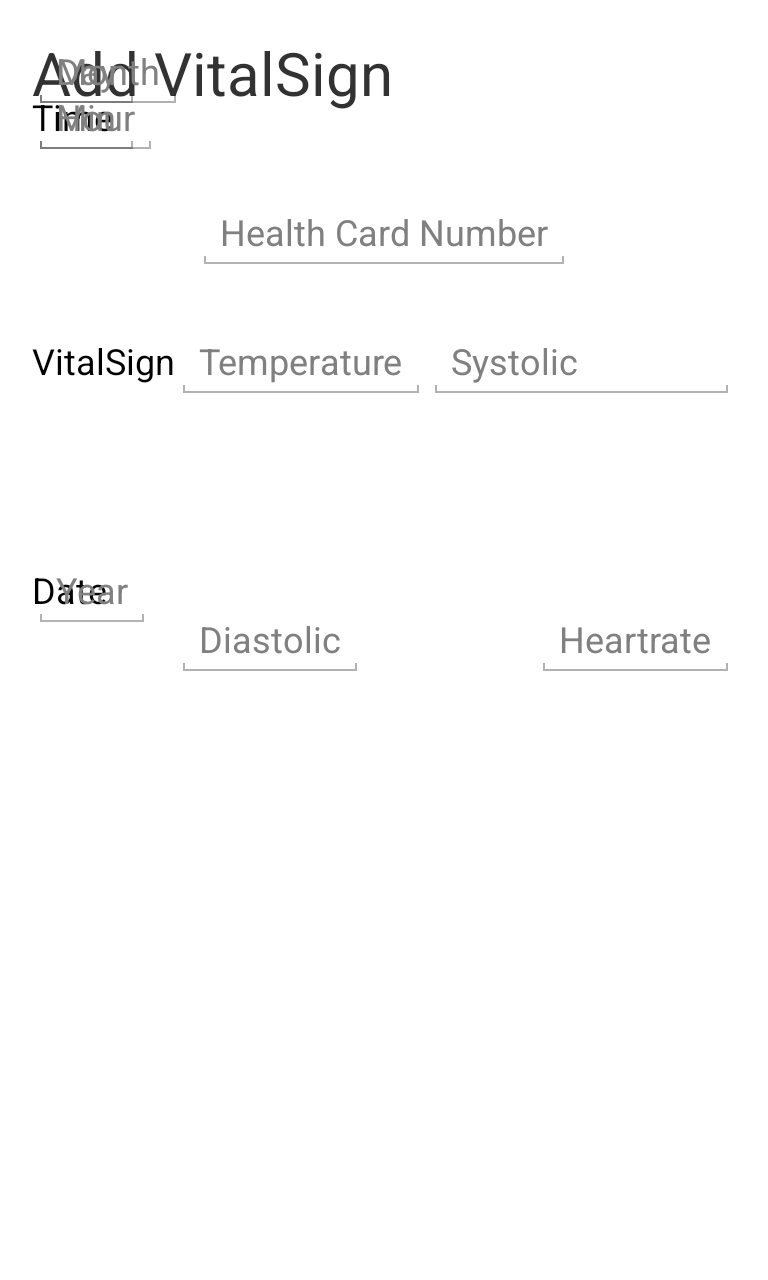
Repository: wangyuan0915/ER
Layout: workspace2/phase3/res/layout/activity_add_vital_sign.xml
The author's editor kept a copy of each file at every save. The layout is drawn from the files as they stood at one save, then again after the next save.
It is drawn on a 768 x 1280 px phone screen (xhdpi) without system bars, with theme AppTheme; the app's code is not run.

Above is the layout before, as saved 2013-11-24 06:30:16.

### workspace2/phase3/res/layout/activity_add_vital_sign.xml
<RelativeLayout xmlns:android="http://schemas.android.com/apk/res/android"
    xmlns:tools="http://schemas.android.com/tools"
    android:layout_width="match_parent"
    android:layout_height="match_parent"
    android:paddingBottom="@dimen/activity_vertical_margin"
    android:paddingLeft="@dimen/activity_horizontal_margin"
    android:paddingRight="@dimen/activity_horizontal_margin"
    android:paddingTop="@dimen/activity_vertical_margin"
    tools:context=".AddVitalSignActivity" >

    <TextView
        android:id="@+id/addvitalsign"
        android:layout_width="wrap_content"
        android:layout_height="wrap_content"
        android:layout_alignParentLeft="true"
        android:layout_alignParentTop="true"
        android:textSize="30sp"
        android:text="@string/Add_VitalSign" />

    <EditText
        android:id="@+id/healthcardnum"
        android:layout_width="wrap_content"
        android:layout_height="wrap_content"
        android:layout_below="@+id/addvitalsign"
        android:layout_centerHorizontal="true"
        android:layout_marginTop="40dp"
        android:hint="@string/Health_Card_Number"
        android:textAppearance="?android:attr/textAppearanceMedium" />

    <TextView
        android:id="@+id/VitalSign"
        android:layout_width="wrap_content"
        android:layout_height="wrap_content"
        android:layout_alignLeft="@+id/addvitalsign"
        android:layout_below="@+id/healthcardnum"
        android:layout_marginTop="32dp"
        android:text="@string/VitalSign"
        android:textAppearance="?android:attr/textAppearanceMedium" />

    <EditText
        android:id="@+id/temperature"
        android:layout_width="wrap_content"
        android:layout_height="wrap_content"
        android:layout_alignBaseline="@+id/VitalSign"
        android:layout_alignBottom="@+id/VitalSign"
        android:layout_toRightOf="@+id/VitalSign"
        android:hint="@string/Temperature"
        android:inputType="numberDecimal"
        android:textAppearance="?android:attr/textAppearanceMedium" >


    </EditText>

    <EditText
        android:id="@+id/systolic"
        android:layout_width="wrap_content"
        android:layout_height="wrap_content"
        android:layout_alignBaseline="@+id/temperature"
        android:layout_alignBottom="@+id/temperature"
        android:layout_toRightOf="@+id/temperature"
        android:ems="10"
        android:hint="@string/Systolic"
        android:inputType="number"
        android:textAppearance="?android:attr/textAppearanceMedium" />

    <EditText
        android:id="@+id/diastolic"
        android:layout_width="wrap_content"
        android:layout_height="wrap_content"
        android:layout_alignLeft="@+id/temperature"
        android:layout_centerVertical="true"
        android:hint="@string/Diastolic"
        android:inputType="number"
        android:textAppearance="?android:attr/textAppearanceMedium" />

    <EditText
        android:id="@+id/heartrate"
        android:layout_width="wrap_content"
        android:layout_height="wrap_content"
        android:layout_alignRight="@+id/systolic"
        android:layout_centerVertical="true"
        android:hint="@string/Heartrate"
        android:inputType="number"
        android:textAppearance="?android:attr/textAppearanceMedium" />

    <TextView
        android:id="@+id/currentdate"
        android:layout_width="wrap_content"
        android:layout_height="wrap_content"
        android:layout_alignLeft="@+id/VitalSign"
        android:layout_below="@+id/VitalSign"
        android:layout_marginTop="90dp"
        android:text="@string/Date"
        android:textAppearance="?android:attr/textAppearanceMedium" />

    <EditText
        android:id="@+id/currentyear"
        android:layout_width="wrap_content"
        android:layout_height="wrap_content"
        android:layout_alignBaseline="@+id/currentdate"
        android:layout_alignBottom="@+id/currentdate"
        android:inputType="number"
        android:hint="@string/Year"
        android:textAppearance="?android:attr/textAppearanceMedium" />

    <EditText
        android:id="@+id/current_month"
        android:layout_width="wrap_content"
        android:layout_height="wrap_content"
        android:layout_alignBaseline="@+id/current_date"
        android:layout_alignBottom="@+id/current_date"
        android:layout_alignLeft="@+id/birth_of_month"
        android:layout_toLeftOf="@+id/birth_of_day"
        android:inputType="number"
        android:hint="@string/Month"
        android:textAppearance="?android:attr/textAppearanceMedium" />




    <EditText
        android:id="@+id/current_day"
        android:layout_width="wrap_content"
        android:layout_height="wrap_content"
        android:layout_alignBaseline="@+id/current_date"
        android:layout_alignBottom="@+id/current_date"
        android:layout_alignLeft="@+id/birth_of_day"
        android:inputType="number"
        android:hint="@string/Day"
        android:textAppearance="?android:attr/textAppearanceMedium" />

    <TextView
        android:id="@+id/current_time"
        android:layout_width="wrap_content"
        android:layout_height="wrap_content"
        android:layout_alignLeft="@+id/current_date"
        android:layout_below="@+id/current_year"
        android:layout_marginTop="30dp"
        android:text="@string/Time"
        android:textAppearance="?android:attr/textAppearanceMedium" />

    <EditText
        android:id="@+id/current_hour"
        android:layout_width="wrap_content"
        android:layout_height="wrap_content"
        android:layout_alignBaseline="@+id/current_time"
        android:layout_alignBottom="@+id/current_time"
        android:layout_alignLeft="@+id/current_year"
        android:inputType="number"
        android:hint="@string/Hour"
        android:textAppearance="?android:attr/textAppearanceMedium" />

    <EditText
        android:id="@+id/current_minute"
        android:layout_width="wrap_content"
        android:layout_height="wrap_content"
        android:layout_alignBaseline="@+id/current_hour"
        android:layout_alignBottom="@+id/current_hour"
        android:layout_alignRight="@+id/current_day"
        android:inputType="number"
        android:hint="@string/Minute"
        android:textAppearance="?android:attr/textAppearanceMedium" />

</RelativeLayout>

### workspace2/phase3/res/values/strings.xml
<?xml version="1.0" encoding="utf-8"?>
<resources>

    <string name="app_name">phase3</string>
    <string name="action_settings">Settings</string>
    <string name="hello_world">Hello world!</string>
    <string name="Login">Login</string>
    <string name="username">username</string>
    <string name="password">password</string>
    <string name="Nurse">Nurse</string>
    <string name="Physician">Physician</string>
    <string name="login">login</string>
    <string name="title_activity_choice">ChoiceActivity</string>
    <string name="title_activity_physician__choice">Physician_ChoiceActivity</string>
    <string name="Hello">Hello</string>
    <string name="Add_a_new_patient">Add a new patient</string>
    <string name="Add_VitalSign">Add VitalSign</string>
    <string name="title_activity_new_patient">NewPatientActivity</string>
    <string name="title_activity_add_vital_sign">AddVitalSignActivity</string>
    <string name="New_Patient">New Patient</string>
    <string name="patient_name">patient\'s name</string>
    <string name="Health_Card_Number">Health Card Number</string>
    <string name="Birthday">Birthday</string>
    <string name="Year">Year</string>
    <string name="Month">Month</string>
    <string name="Day">Day</string>
    <string name="Date">Date</string>
    <string name="Time">Time</string>
    <string name="Hour">Hour</string>
    <string name="Minute">Minute</string>
    <string name="Submit">Submit</string>
    <string name="VitalSign">VitalSign</string>
    <string name="Temperature">Temperature</string>
    <string name="Systolic">Systolic</string>
    <string name="Diastolic">Diastolic</string>
    <string name="Heartrate">Heartrate</string>

</resources>

Loaded but not shown: workspace2/phase3/res/values/styles.xml (common file); workspace2/phase3/res/values-v11/styles.xml (common file); workspace2/phase3/res/values-v14/styles.xml (common file); workspace2/phase3/res/values/dimens.xml (common file)

After the next save:
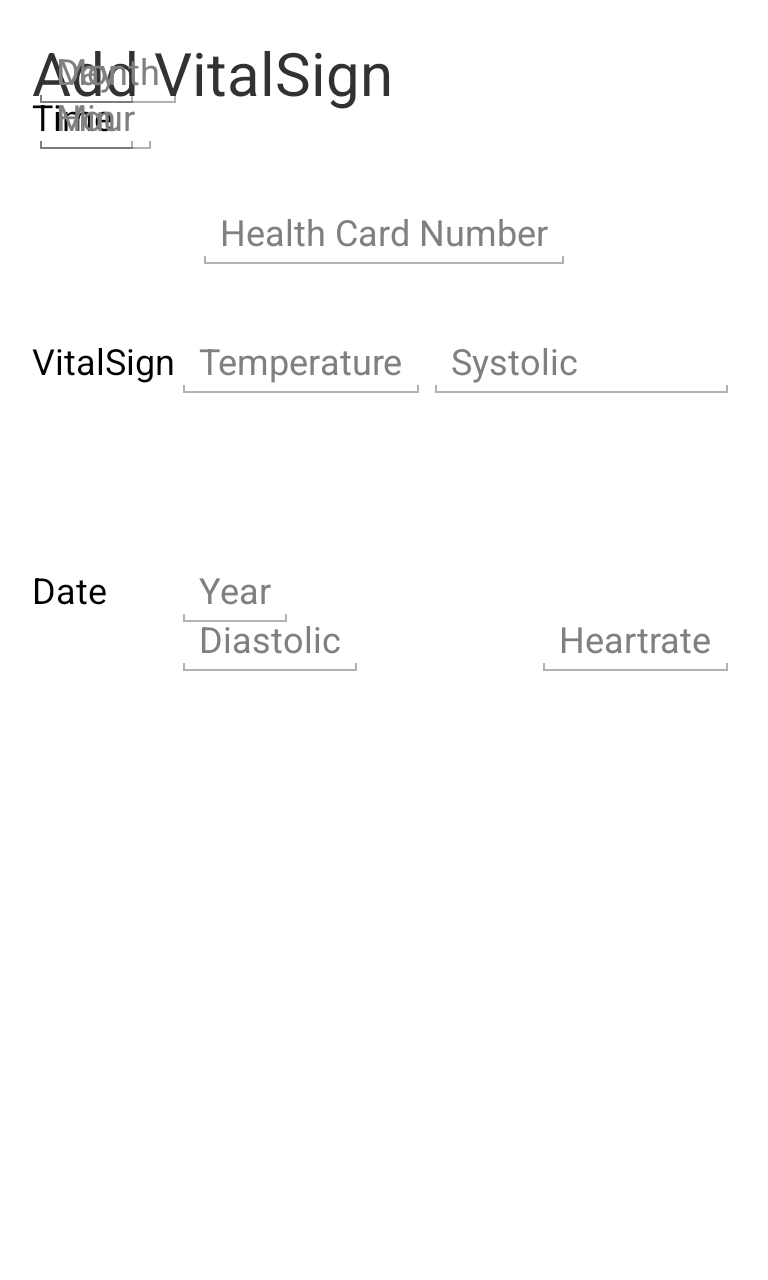
Saved 53 s later.
--- a/workspace2/phase3/res/layout/activity_add_vital_sign.xml
+++ b/workspace2/phase3/res/layout/activity_add_vital_sign.xml
@@ -99,6 +99,7 @@
         android:layout_height="wrap_content"
         android:layout_alignBaseline="@+id/currentdate"
         android:layout_alignBottom="@+id/currentdate"
+        android:layout_alignLeft="@+id/diastolic"
         android:inputType="number"
         android:hint="@string/Year"
         android:textAppearance="?android:attr/textAppearanceMedium" />
